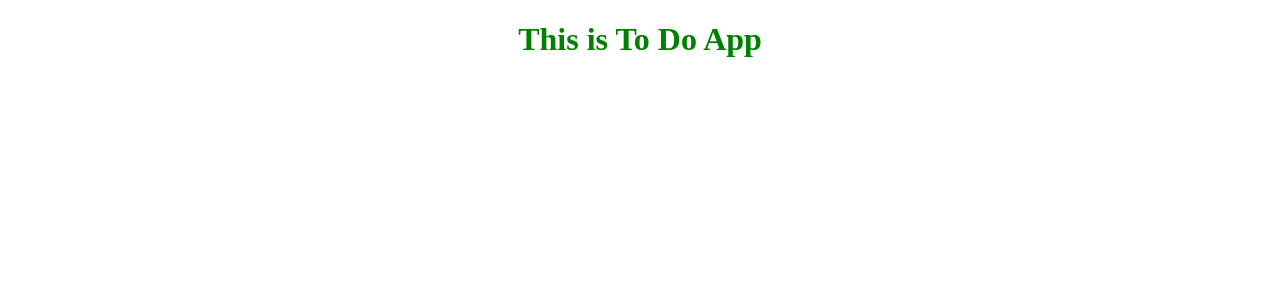
Repository: Gauravyadav678/GcounterApp
Page: / (app in gcounter/)
These files come from the project's save history. The page is drawn as it stood at one moment and after the next save; the edit follows.
The browser window is 1280 px wide. The pictures show the whole page.
The project was rebuilt for these pictures with package versions that can differ from the ones it lists, and the page was loaded fresh each time. Also part of the build but not shown: gcounter/src/index.css, gcounter/src/components/stopWatch.js, gcounter/src/components/typing.js, gcounter/src/counter.js.

Above is the page before, as saved 2024-10-23 20:04:57.

### gcounter/public/index.html
<!DOCTYPE html>
<html lang="en">
  <head>
    <meta charset="utf-8" />

    <meta name="viewport" content="width=device-width, initial-scale=1" />
    <meta name="theme-color" content="#000000" />


  </head>
  <body>

    <div id="root"></div>
  </body>
</html>

### gcounter/src/App.js

import './App.css';
import StopWatch from './components/stopWatch';
import TodoApp from './components/todoApp';
import TypingWithG from './components/typing';
import CounterApp from './counter';


function App() {
  return (
    <div className="App">
      <>
      {/* <h1>This is the counter App</h1> */}
      {/* <CounterApp/>
      <TypingWithG/> */}
      {/* <StopWatch/> */}
      <TodoApp/>
      </>
    </div>
  );
}

export default App;

### gcounter/src/App.css
.App{
  text-align: center;
  color: green;
}

### gcounter/src/components/todoApp.js

import React, {useState , useEffect} from "react";

function TodoApp(){
    return(
        <>
        <h1>This is To Do App</h1>
        </>
    )
}

export default TodoApp;

Loaded but not shown: gcounter/src/index.js (common file); gcounter/src/reportWebVitals.js (common file)

After the next save:
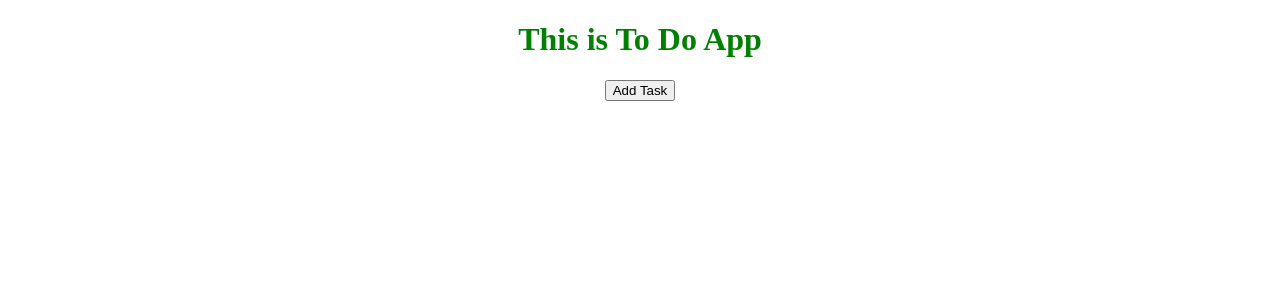
Saved 48 s later.
--- a/gcounter/src/components/todoApp.js
+++ b/gcounter/src/components/todoApp.js
@@ -5,6 +5,7 @@ function TodoApp(){
     return(
         <>
         <h1>This is To Do App</h1>
+        <button>Add Task</button>
         </>
     )
 }
